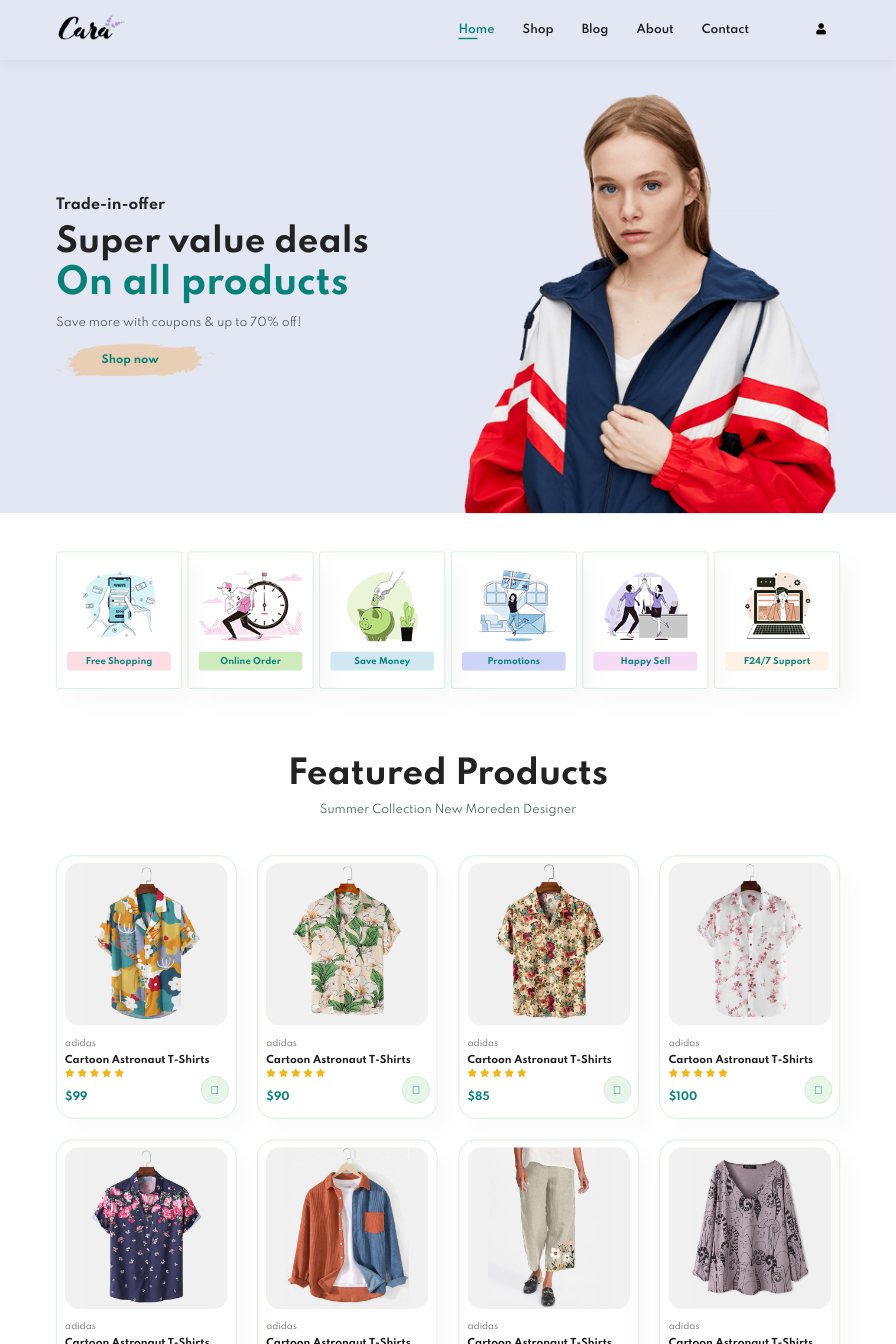
Repository: MinhNhatIT2901/Ecommerce
Page: index.html
An editor plug-in stored every save of this project. The page is shown before and after the next save, followed by the edit.
The browser window is 1280 px wide. The pictures show the part of the page from y = 0 to 1920 px (the page is 5115 px tall before and 5127 px after), at 70% of full size.
Some web libraries are served in a nearby version.

Above is the page before, as saved 2022-02-06 23:53:22.

After the next save:
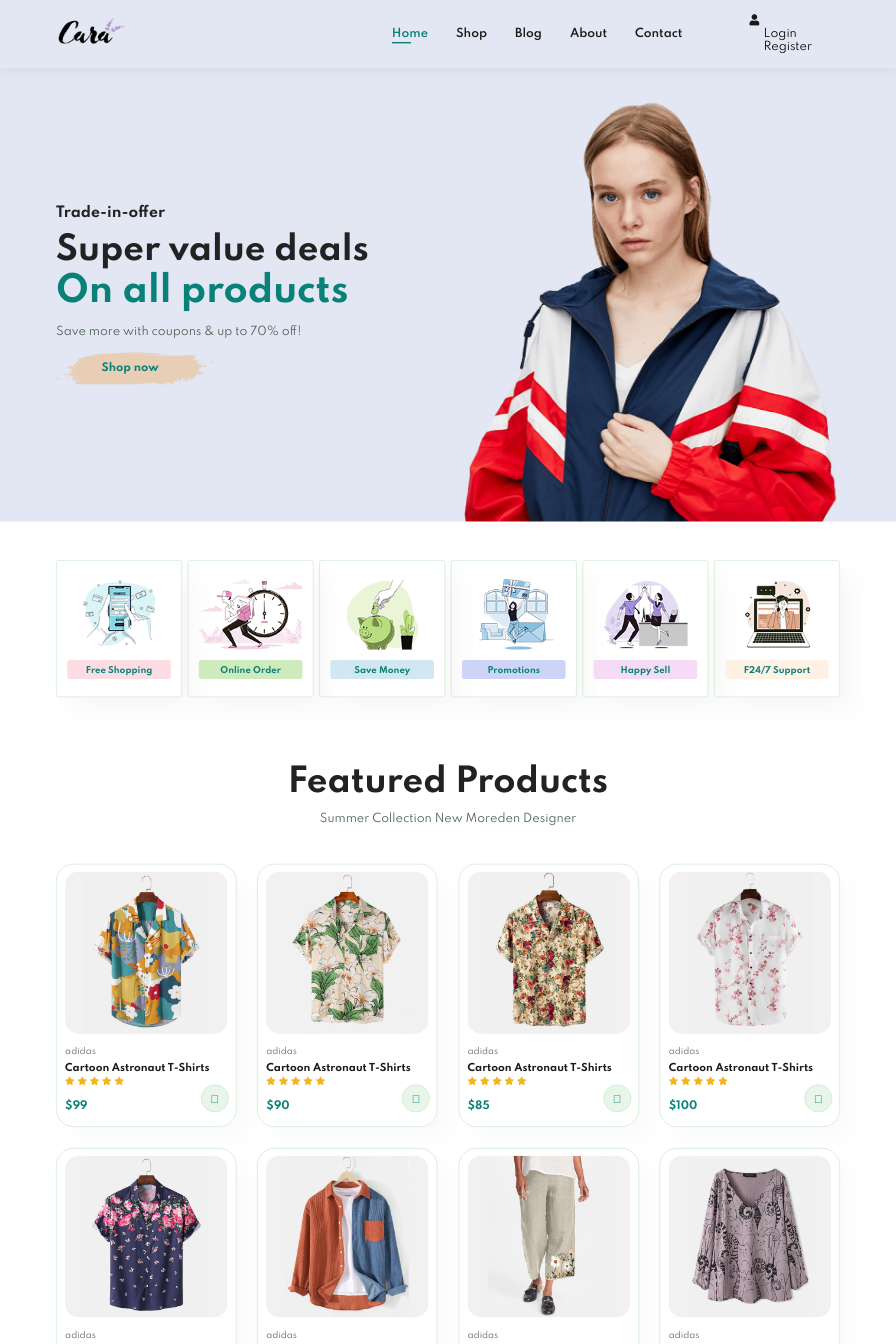
Saved 4 min 50 s later.
--- a/index.html
+++ b/index.html
@@ -26,10 +26,15 @@
                 <li><a href="contact.html">Contact</a></li>
                 <li id="lg-bar"><a href="cart.html"><i class="far fa-shopping-bag"></i></a></li>
                 <li>
-                    <i class="fas fa-user"></i>
                     <a href="login.html">
-
+                        <i class="fas fa-user"></i>
                     </a>
+                    <div class="navuser">
+                        <ul>
+                            <li>Login</li>
+                            <li>Register</li>
+                        </ul>
+                    </div>
                 </li>
                 <a href="#" id="close">
                     <i class="far fa-times"></i>
